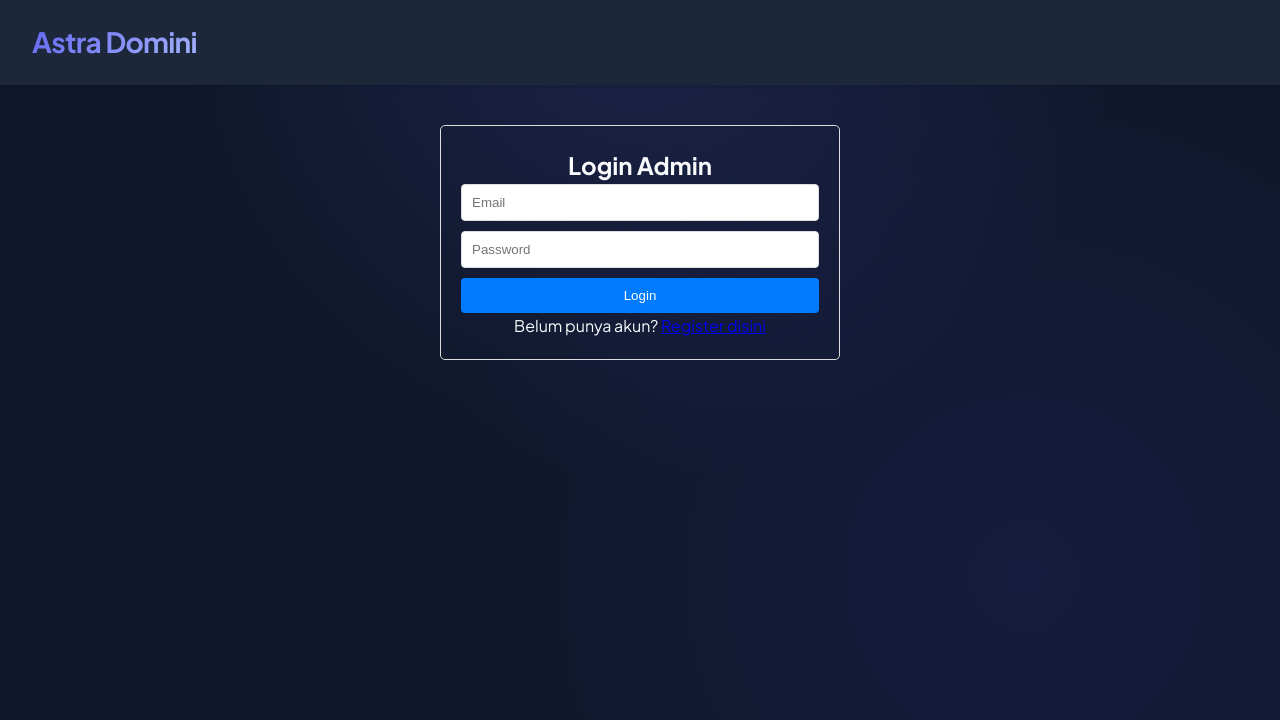
Repository: Resanso/astraReminder
Page: /admin
These files come from the project's save history. The page is drawn as it stood at one moment and after the next save; the edit follows.
The browser window is 1280 px wide. The pictures show the whole page.
The project was rebuilt for these pictures with package versions that can differ from the ones it lists, and the page was loaded fresh each time. Some packages were replaced by stand-ins written for this rebuild. Also part of the build but not shown: src/components/TaskList.js, src/components/AdminPanel.js, src/components/Register.js.

Above is the page before, as saved 2025-02-25 00:38:47.

After the next save:
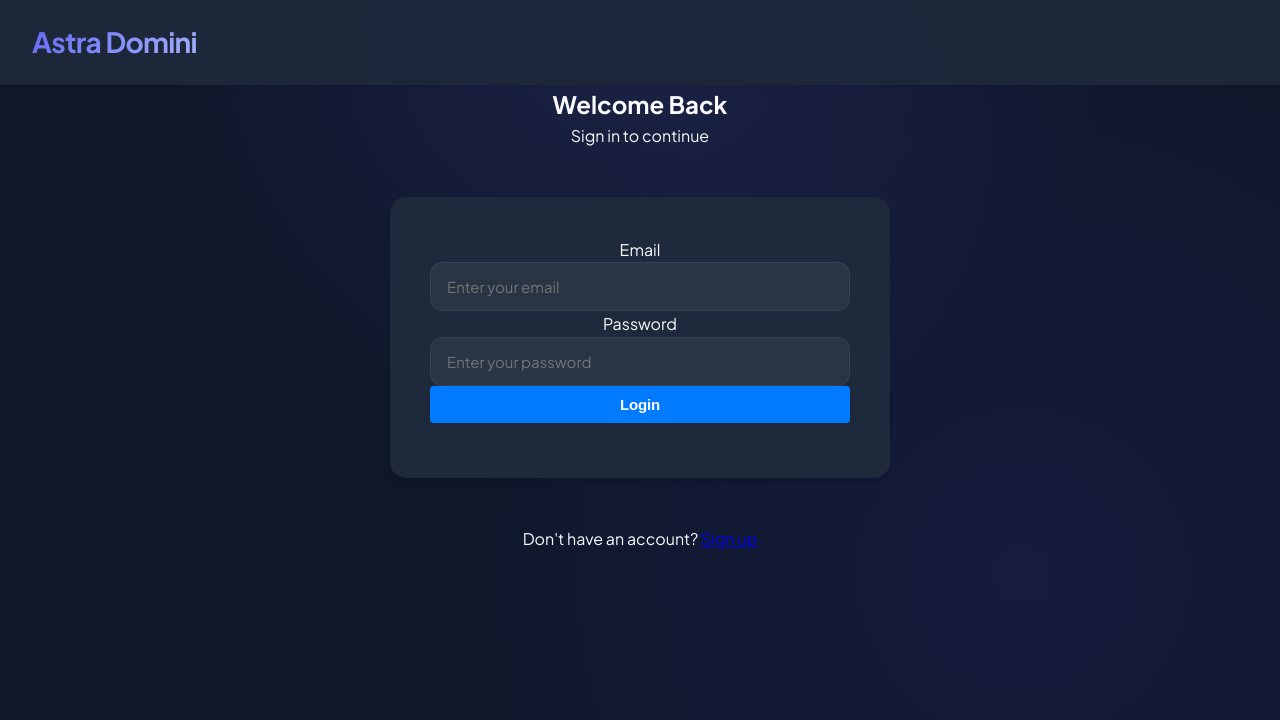
Saved 4 s later.
--- a/src/components/Login.js
+++ b/src/components/Login.js
@@ -20,27 +20,48 @@ const Login = () => {
   };
 
   return (
-    <div className="login-form">
-      <h2>Login Admin</h2>
-      {error && <p className="error">{error}</p>}
-      <form onSubmit={handleSubmit}>
-        <input
-          type="email"
-          placeholder="Email"
-          value={email}
-          onChange={(e) => setEmail(e.target.value)}
-        />
-        <input
-          type="password"
-          placeholder="Password"
-          value={password}
-          onChange={(e) => setPassword(e.target.value)}
-        />
-        <button type="submit">Login</button>
-      </form>
-      <p>
-        Belum punya akun? <Link to="/register">Register disini</Link>
-      </p>
+    <div className="auth-container">
+      <div className="auth-card">
+        <div className="auth-header">
+          <h2>Welcome Back</h2>
+          <p className="auth-subtitle">Sign in to continue</p>
+        </div>
+        {error && <p className="error-message">{error}</p>}
+        <form onSubmit={handleSubmit} className="auth-form">
+          <div className="form-group">
+            <label>Email</label>
+            <div className="input-group">
+              <i className="fas fa-envelope"></i>
+              <input
+                type="email"
+                placeholder="Enter your email"
+                value={email}
+                onChange={(e) => setEmail(e.target.value)}
+                required
+              />
+            </div>
+          </div>
+          <div className="form-group">
+            <label>Password</label>
+            <div className="input-group">
+              <i className="fas fa-lock"></i>
+              <input
+                type="password"
+                placeholder="Enter your password"
+                value={password}
+                onChange={(e) => setPassword(e.target.value)}
+                required
+              />
+            </div>
+          </div>
+          <button type="submit" className="auth-submit">
+            Login
+          </button>
+        </form>
+        <p className="auth-redirect">
+          Don't have an account? <Link to="/register">Sign up</Link>
+        </p>
+      </div>
     </div>
   );
 };
